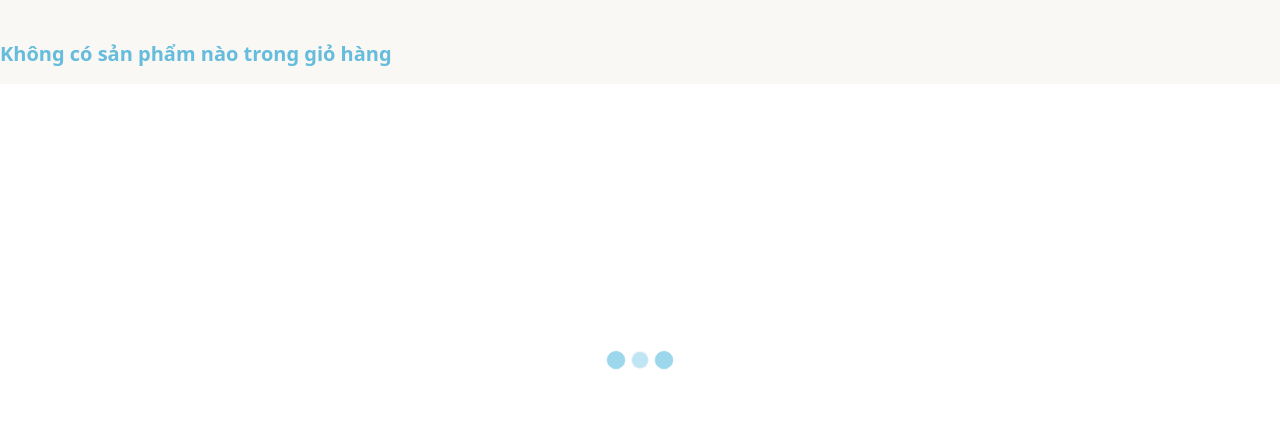
Repository: hungtuan/react-hook-shop
Page: /
These files come from the project's save history. The page is drawn as it stood at one moment and after the next save; the edit follows.
The browser window is 1280 px wide. The pictures show the whole page.
The page's requests for data from a server got no answer. The project was rebuilt for these pictures with package versions that can differ from the ones it lists, and the page was loaded fresh each time. No one was signed in, and anything a server would have sent is missing. Also part of the build but not shown: vite.config.js, src/components/Button/Button.jsx, src/components/ShoppingCard/CardItem.jsx, src/components/ShoppingCart/action.js, src/components/ShoppingCart/CartItem.jsx.

Above is the page before, as saved 2023-11-19 00:11:53.

### index.html
<!DOCTYPE html>
<html lang="en">
    <head>
        <meta charset="UTF-8" />
        <link rel="icon" type="image/svg+xml" href="/vite.svg" />
        <meta name="viewport" content="width=device-width, initial-scale=1.0" />
        <title>Vite + React</title>
        <link rel="stylesheet" href="./style.css" />
    </head>
    <body>
        <div id="root"></div>
        <script type="module" src="/src/main.jsx"></script>
    </body>
</html>

### style.css
/*
! tailwindcss v3.3.5 | MIT License | https://tailwindcss.com
*/

/*
1. Prevent padding and border from affecting element width. (https://github.com/mozdevs/cssremedy/issues/4)
2. Allow adding a border to an element by just adding a border-width. (https://github.com/tailwindcss/tailwindcss/pull/116)
*/

*,
::before,
::after {
  box-sizing: border-box;
  /* 1 */
  border-width: 0;
  /* 2 */
  border-style: solid;
  /* 2 */
  border-color: #e5e7eb;
  /* 2 */
}

::before,
::after {
  --tw-content: '';
}

/*
1. Use a consistent sensible line-height in all browsers.
2. Prevent adjustments of font size after orientation changes in iOS.
3. Use a more readable tab size.
4. Use the user's configured `sans` font-family by default.
5. Use the user's configured `sans` font-feature-settings by default.
6. Use the user's configured `sans` font-variation-settings by default.
*/

html {
  line-height: 1.5;
  /* 1 */
  -webkit-text-size-adjust: 100%;
  /* 2 */
  -moz-tab-size: 4;
  /* 3 */
  -o-tab-size: 4;
     tab-size: 4;
  /* 3 */
  font-family: ui-sans-serif, system-ui, -apple-system, BlinkMacSystemFont, "Segoe UI", Roboto, "Helvetica Neue", Arial, "Noto Sans", sans-serif, "Apple Color Emoji", "Segoe UI Emoji", "Segoe UI Symbol", "Noto Color Emoji";
  /* 4 */
  font-feature-settings: normal;
  /* 5 */
  font-variation-settings: normal;
  /* 6 */
}

/*
1. Remove the margin in all browsers.
2. Inherit line-height from `html` so users can set them as a class directly on the `html` element.
*/

body {
  margin: 0;
  /* 1 */
  line-height: inherit;
  /* 2 */
}

/*
1. Add the correct height in Firefox.
2. Correct the inheritance of border color in Firefox. (https://bugzilla.mozilla.org/show_bug.cgi?id=190655)
3. Ensure horizontal rules are visible by default.
*/

hr {
  height: 0;
  /* 1 */
  color: inherit;
  /* 2 */
  border-top-width: 1px;
  /* 3 */
}

/*
Add the correct text decoration in Chrome, Edge, and Safari.
*/

abbr:where([title]) {
  -webkit-text-decoration: underline dotted;
          text-decoration: underline dotted;
}

/*
Remove the default font size and weight for headings.
*/

h1,
h2,
h3,
h4,
h5,
h6 {
  font-size: inherit;
  font-weight: inherit;
}

/*
Reset links to optimize for opt-in styling instead of opt-out.
*/

a {
  color: inherit;
  text-decoration: inherit;
}

/*
Add the correct font weight in Edge and Safari.
*/

b,
strong {
  font-weight: bolder;
}

/*
1. Use the user's configured `mono` font family by default.
2. Correct the odd `em` font sizing in all browsers.
*/

code,
kbd,
samp,
pre {
  font-family: ui-monospace, SFMono-Regular, Menlo, Monaco, Consolas, "Liberation Mono", "Courier New", monospace;
  /* 1 */
  font-size: 1em;
  /* 2 */
}

/*
Add the correct font size in all browsers.
*/

small {
  font-size: 80%;
}

/*
Prevent `sub` and `sup` elements from affecting the line height in all browsers.
*/

sub,
sup {
  font-size: 75%;
  line-height: 0;
  position: relative;
  vertical-align: baseline;
}

sub {
  bottom: -0.25em;
}

sup {
  top: -0.5em;
}

/*
1. Remove text indentation from table contents in Chrome and Safari. (https://bugs.chromium.org/p/chromium/issues/detail?id=999088, https://bugs.webkit.org/show_bug.cgi?id=201297)
2. Correct table border color inheritance in all Chrome and Safari. (https://bugs.chromium.org/p/chromium/issues/detail?id=935729, https://bugs.webkit.org/show_bug.cgi?id=195016)
3. Remove gaps between table borders by default.
*/

table {
  text-indent: 0;
  /* 1 */
  border-color: inherit;
  /* 2 */
  border-collapse: collapse;
  /* 3 */
}

/*
1. Change the font styles in all browsers.
2. Remove the margin in Firefox and Safari.
3. Remove default padding in all browsers.
*/

button,
input,
optgroup,
select,
textarea {
  font-family: inherit;
  /* 1 */
  font-feature-settings: inherit;
  /* 1 */
  font-variation-settings: inherit;
  /* 1 */
  font-size: 100%;
  /* 1 */
  font-weight: inherit;
  /* 1 */
  line-height: inherit;
  /* 1 */
  color: inherit;
  /* 1 */
  margin: 0;
  /* 2 */
  padding: 0;
  /* 3 */
}

/*
Remove the inheritance of text transform in Edge and Firefox.
*/

button,
select {
  text-transform: none;
}

/*
1. Correct the inability to style clickable types in iOS and Safari.
2. Remove default button styles.
*/

button,
[type='button'],
[type='reset'],
[type='submit'] {
  -webkit-appearance: button;
  /* 1 */
  background-color: transparent;
  /* 2 */
  background-image: none;
  /* 2 */
}

/*
Use the modern Firefox focus style for all focusable elements.
*/

:-moz-focusring {
  outline: auto;
}

/*
Remove the additional `:invalid` styles in Firefox. (https://github.com/mozilla/gecko-dev/blob/2f9eacd9d3d995c937b4251a5557d95d494c9be1/layout/style/res/forms.css#L728-L737)
*/

:-moz-ui-invalid {
  box-shadow: none;
}

/*
Add the correct vertical alignment in Chrome and Firefox.
*/

progress {
  vertical-align: baseline;
}

/*
Correct the cursor style of increment and decrement buttons in Safari.
*/

::-webkit-inner-spin-button,
::-webkit-outer-spin-button {
  height: auto;
}

/*
1. Correct the odd appearance in Chrome and Safari.
2. Correct the outline style in Safari.
*/

[type='search'] {
  -webkit-appearance: textfield;
  /* 1 */
  outline-offset: -2px;
  /* 2 */
}

/*
Remove the inner padding in Chrome and Safari on macOS.
*/

::-webkit-search-decoration {
  -webkit-appearance: none;
}

/*
1. Correct the inability to style clickable types in iOS and Safari.
2. Change font properties to `inherit` in Safari.
*/

::-webkit-file-upload-button {
  -webkit-appearance: button;
  /* 1 */
  font: inherit;
  /* 2 */
}

/*
Add the correct display in Chrome and Safari.
*/

summary {
  display: list-item;
}

/*
Removes the default spacing and border for appropriate elements.
*/

blockquote,
dl,
dd,
h1,
h2,
h3,
h4,
h5,
h6,
hr,
figure,
p,
pre {
  margin: 0;
}

fieldset {
  margin: 0;
  padding: 0;
}

legend {
  padding: 0;
}

ol,
ul,
menu {
  list-style: none;
  margin: 0;
  padding: 0;
}

/*
Reset default styling for dialogs.
*/

dialog {
  padding: 0;
}

/*
Prevent resizing textareas horizontally by default.
*/

textarea {
  resize: vertical;
}

/*
1. Reset the default placeholder opacity in Firefox. (https://github.com/tailwindlabs/tailwindcss/issues/3300)
2. Set the default placeholder color to the user's configured gray 400 color.
*/

input::-moz-placeholder, textarea::-moz-placeholder {
  opacity: 1;
  /* 1 */
  color: #9ca3af;
  /* 2 */
}

input::placeholder,
textarea::placeholder {
  opacity: 1;
  /* 1 */
  color: #9ca3af;
  /* 2 */
}

/*
Set the default cursor for buttons.
*/

button,
[role="button"] {
  cursor: pointer;
}

/*
Make sure disabled buttons don't get the pointer cursor.
*/

:disabled {
  cursor: default;
}

/*
1. Make replaced elements `display: block` by default. (https://github.com/mozdevs/cssremedy/issues/14)
2. Add `vertical-align: middle` to align replaced elements more sensibly by default. (https://github.com/jensimmons/cssremedy/issues/14#issuecomment-634934210)
   This can trigger a poorly considered lint error in some tools but is included by design.
*/

img,
svg,
video,
canvas,
audio,
iframe,
embed,
object {
  display: block;
  /* 1 */
  vertical-align: middle;
  /* 2 */
}

/*
Constrain images and videos to the parent width and preserve their intrinsic aspect ratio. (https://github.com/mozdevs/cssremedy/issues/14)
*/

img,
video {
  max-width: 100%;
  height: auto;
}

/* Make elements with the HTML hidden attribute stay hidden by default */

[hidden] {
  display: none;
}

*, ::before, ::after {
  --tw-border-spacing-x: 0;
  --tw-border-spacing-y: 0;
  --tw-translate-x: 0;
  --tw-translate-y: 0;
  --tw-rotate: 0;
  --tw-skew-x: 0;
  --tw-skew-y: 0;
  --tw-scale-x: 1;
  --tw-scale-y: 1;
  --tw-pan-x:  ;
  --tw-pan-y:  ;
  --tw-pinch-zoom:  ;
  --tw-scroll-snap-strictness: proximity;
  --tw-gradient-from-position:  ;
  --tw-gradient-via-position:  ;
  --tw-gradient-to-position:  ;
  --tw-ordinal:  ;
  --tw-slashed-zero:  ;
  --tw-numeric-figure:  ;
  --tw-numeric-spacing:  ;
  --tw-numeric-fraction:  ;
  --tw-ring-inset:  ;
  --tw-ring-offset-width: 0px;
  --tw-ring-offset-color: #fff;
  --tw-ring-color: rgb(59 130 246 / 0.5);
  --tw-ring-offset-shadow: 0 0 #0000;
  --tw-ring-shadow: 0 0 #0000;
  --tw-shadow: 0 0 #0000;
  --tw-shadow-colored: 0 0 #0000;
  --tw-blur:  ;
  --tw-brightness:  ;
  --tw-contrast:  ;
  --tw-grayscale:  ;
  --tw-hue-rotate:  ;
  --tw-invert:  ;
  --tw-saturate:  ;
  --tw-sepia:  ;
  --tw-drop-shadow:  ;
  --tw-backdrop-blur:  ;
  --tw-backdrop-brightness:  ;
  --tw-backdrop-contrast:  ;
  --tw-backdrop-grayscale:  ;
  --tw-backdrop-hue-rotate:  ;
  --tw-backdrop-invert:  ;
  --tw-backdrop-opacity:  ;
  --tw-backdrop-saturate:  ;
  --tw-backdrop-sepia:  ;
}

::backdrop {
  --tw-border-spacing-x: 0;
  --tw-border-spacing-y: 0;
  --tw-translate-x: 0;
  --tw-translate-y: 0;
  --tw-rotate: 0;
  --tw-skew-x: 0;
  --tw-skew-y: 0;
  --tw-scale-x: 1;
  --tw-scale-y: 1;
  --tw-pan-x:  ;
  --tw-pan-y:  ;
  --tw-pinch-zoom:  ;
  --tw-scroll-snap-strictness: proximity;
  --tw-gradient-from-position:  ;
  --tw-gradient-via-position:  ;
  --tw-gradient-to-position:  ;
  --tw-ordinal:  ;
  --tw-slashed-zero:  ;
  --tw-numeric-figure:  ;
  --tw-numeric-spacing:  ;
  --tw-numeric-fraction:  ;
  --tw-ring-inset:  ;
  --tw-ring-offset-width: 0px;
  --tw-ring-offset-color: #fff;
  --tw-ring-color: rgb(59 130 246 / 0.5);
  --tw-ring-offset-shadow: 0 0 #0000;
  --tw-ring-shadow: 0 0 #0000;
  --tw-shadow: 0 0 #0000;
  --tw-shadow-colored: 0 0 #0000;
  --tw-blur:  ;
  --tw-brightness:  ;
  --tw-contrast:  ;
  --tw-grayscale:  ;
  --tw-hue-rotate:  ;
  --tw-invert:  ;
  --tw-saturate:  ;
  --tw-sepia:  ;
  --tw-drop-shadow:  ;
  --tw-backdrop-blur:  ;
  --tw-backdrop-brightness:  ;
  --tw-backdrop-contrast:  ;
  --tw-backdrop-grayscale:  ;
  --tw-backdrop-hue-rotate:  ;
  --tw-backdrop-invert:  ;
  --tw-backdrop-opacity:  ;
  --tw-backdrop-saturate:  ;
  --tw-backdrop-sepia:  ;
}

.container {
  width: 100%;
}

@media (min-width: 640px) {
  .container {
    max-width: 640px;
  }
}

@media (min-width: 768px) {
  .container {
    max-width: 768px;
  }
}

@media (min-width: 1024px) {
  .container {
    max-width: 1024px;
  }
}

@media (min-width: 1280px) {
  .container {
    max-width: 1280px;
  }
}

@media (min-width: 1536px) {
  .container {
    max-width: 1536px;
  }
}

.fixed {
  position: fixed;
}

.m-auto {
  margin: auto;
}

.ml-2 {
  margin-left: 0.5rem;
}

.ml-3 {
  margin-left: 0.75rem;
}

.mr-3 {
  margin-right: 0.75rem;
}

.mt-2 {
  margin-top: 0.5rem;
}

.mt-7 {
  margin-top: 1.75rem;
}

.mt-20 {
  margin-top: 5rem;
}

.flex {
  display: flex;
}

.inline-flex {
  display: inline-flex;
}

.table {
  display: table;
}

.grid {
  display: grid;
}

.h-6 {
  height: 1.5rem;
}

.h-64 {
  height: 16rem;
}

.w-6 {
  width: 1.5rem;
}

.w-72 {
  width: 18rem;
}

.w-full {
  width: 100%;
}

.max-w-7xl {
  max-width: 80rem;
}

.table-auto {
  table-layout: auto;
}

.border-collapse {
  border-collapse: collapse;
}

.grid-cols-4 {
  grid-template-columns: repeat(4, minmax(0, 1fr));
}

.items-center {
  align-items: center;
}

.justify-center {
  justify-content: center;
}

.justify-between {
  justify-content: space-between;
}

.gap-4 {
  gap: 1rem;
}

.rounded-full {
  border-radius: 9999px;
}

.border {
  border-width: 1px;
}

.border-blue-700 {
  --tw-border-opacity: 1;
  border-color: rgb(29 78 216 / var(--tw-border-opacity));
}

.border-slate-500 {
  --tw-border-opacity: 1;
  border-color: rgb(100 116 139 / var(--tw-border-opacity));
}

.border-slate-700 {
  --tw-border-opacity: 1;
  border-color: rgb(51 65 85 / var(--tw-border-opacity));
}

.border-yellow-800 {
  --tw-border-opacity: 1;
  border-color: rgb(133 77 14 / var(--tw-border-opacity));
}

.object-cover {
  -o-object-fit: cover;
     object-fit: cover;
}

.px-0 {
  padding-left: 0px;
  padding-right: 0px;
}

.px-3 {
  padding-left: 0.75rem;
  padding-right: 0.75rem;
}

.py-0 {
  padding-top: 0px;
  padding-bottom: 0px;
}

.py-1 {
  padding-top: 0.25rem;
  padding-bottom: 0.25rem;
}

.py-2 {
  padding-top: 0.5rem;
  padding-bottom: 0.5rem;
}

.py-4 {
  padding-top: 1rem;
  padding-bottom: 1rem;
}

.pb-8 {
  padding-bottom: 2rem;
}

.pt-6 {
  padding-top: 1.5rem;
}

.text-justify {
  text-align: justify;
}

.text-2xl {
  font-size: 1.5rem;
  line-height: 2rem;
}

.text-lg {
  font-size: 1.125rem;
  line-height: 1.75rem;
}

.text-sm {
  font-size: 0.875rem;
  line-height: 1.25rem;
}

.text-xl {
  font-size: 1.25rem;
  line-height: 1.75rem;
}

.font-bold {
  font-weight: 700;
}

.italic {
  font-style: italic;
}

.text-\[\#beaeaa\] {
  --tw-text-opacity: 1;
  color: rgb(190 174 170 / var(--tw-text-opacity));
}

.text-amber-500 {
  --tw-text-opacity: 1;
  color: rgb(245 158 11 / var(--tw-text-opacity));
}

.text-gray-400 {
  --tw-text-opacity: 1;
  color: rgb(156 163 175 / var(--tw-text-opacity));
}

.text-green-600 {
  --tw-text-opacity: 1;
  color: rgb(22 163 74 / var(--tw-text-opacity));
}

.line-through {
  text-decoration-line: line-through;
}

.shadow-md {
  --tw-shadow: 0 4px 6px -1px rgb(0 0 0 / 0.1), 0 2px 4px -2px rgb(0 0 0 / 0.1);
  --tw-shadow-colored: 0 4px 6px -1px var(--tw-shadow-color), 0 2px 4px -2px var(--tw-shadow-color);
  box-shadow: var(--tw-ring-offset-shadow, 0 0 #0000), var(--tw-ring-shadow, 0 0 #0000), var(--tw-shadow);
}

.transition {
  transition-property: color, background-color, border-color, text-decoration-color, fill, stroke, opacity, box-shadow, transform, filter, -webkit-backdrop-filter;
  transition-property: color, background-color, border-color, text-decoration-color, fill, stroke, opacity, box-shadow, transform, filter, backdrop-filter;
  transition-property: color, background-color, border-color, text-decoration-color, fill, stroke, opacity, box-shadow, transform, filter, backdrop-filter, -webkit-backdrop-filter;
  transition-timing-function: cubic-bezier(0.4, 0, 0.2, 1);
  transition-duration: 150ms;
}

.ct-table-col {
  border-width: 1px;
  --tw-border-opacity: 1;
  border-color: rgb(51 65 85 / var(--tw-border-opacity));
  padding-left: 0.75rem;
}

.ct-btn-primary {
  --tw-border-opacity: 1;
  border-color: rgb(74 222 128 / var(--tw-border-opacity));
}

.hover\:bg-yellow-800:hover {
  --tw-bg-opacity: 1;
  background-color: rgb(133 77 14 / var(--tw-bg-opacity));
}

.hover\:bg-green-400:hover {
  --tw-bg-opacity: 1;
  background-color: rgb(74 222 128 / var(--tw-bg-opacity));
}

.hover\:text-white:hover {
  --tw-text-opacity: 1;
  color: rgb(255 255 255 / var(--tw-text-opacity));
}

### src/main.jsx
import React from "react";
import ReactDOM from "react-dom/client";
import App from "./App.jsx";
import "./index.css";
import Provider from "./store/Provider.jsx";
ReactDOM.createRoot(document.getElementById("root")).render(
    // <React.StrictMode>
    <Provider>
        <App />
    </Provider>
    //</React.StrictMode>
);

### src/App.jsx
import React from "react";
import CardList from "./components/ShoppingCard/CardList";
import { ToastContainer } from "react-toastify";
import "react-toastify/dist/ReactToastify.css";
import CartList from "./components/ShoppingCart/CartList";
import Loading from "./components/Loading/Loading";
export default function App() {
  return (
    <>
      <Loading />
      <ToastContainer
        position="top-right"
        autoClose={3000}
        hideProgressBar={false}
        newestOnTop={false}
        closeOnClick
        rtl={false}
        pauseOnFocusLoss
        draggable
        pauseOnHover
        theme="light"
      />
      <div className="container m-auto max-w-7xl pt-6 bg-[#F9F8F4]">
        <CardList />
        <CartList />
      </div>
    </>
  );
}

### src/index.css
@tailwind base;
@tailwind components;
@tailwind utilities;

.ct-table-col {
    @apply border border-slate-700 pl-3;
}

.ct-btn-primary {
    @apply border-green-400;
}

### src/store/Provider.jsx
import { useReducer } from "react";
import Context from "./Context";
import reducer, { initState } from "./Reducer";
function Provider({ children }) {
    const [state, dispatch] = useReducer(reducer, initState);
    return (
        <Context.Provider value={[state, dispatch]}>
            {children}
        </Context.Provider>
    );
}

export default Provider;

### src/components/ShoppingCard/CardList.jsx
import React, { useEffect, useContext } from "react";
import CardItem from "./CardItem";
import getProductList from "./getProductList";
import validateUser from "../../assets/js/validateUser";
import Context from "../../store/Context";

export default function CardList() {
  const [state, dispatch] = useContext(Context);

  const { products } = state;

  const getProduct = async () => {
    try {
      await dispatch({
        type: "loading/switch",
      });

      const data = await getProductList();

      await dispatch({
        type: "products/updateProducts",
        payload: data.listProduct,
      });

      await validateUser();

      dispatch({
        type: "loading/switch",
      });
    } catch (error) {
      console.error("Error fetching product data:", error);
    }
  };

  useEffect(() => {
    getProduct();
  }, []);

  return (
    <div className="card-list grid grid-cols-4 gap-4">
      {products.map((product) => (
        <CardItem
          key={product._id}
          id={product._id}
          productName={product.name}
          productPrice={product.price}
          productImg={product.image}
          productQuantity={product.quantity}
        />
      ))}
    </div>
  );
}

### src/components/ShoppingCart/CartList.jsx
import React, { useContext } from "react";
import CartItem from "./CartItem";
import Button from "../Button/Button";
import Context from "../../store/Context";
import payment from "./payment";
import calculateTotal from "./calculateTotal";
export default function CartList() {
  const [state, dispatch] = useContext(Context);
  const { productsCart } = state;
  const { totalPrice, totalQuantity } = calculateTotal(productsCart);
  return productsCart.length ? (
    <div className="cart-list pb-8">
      <table className="table-auto w-full border-collapse border border-slate-500 mt-7">
        <thead>
          <tr>
            <th className="border border-slate-700">Tên sản phẩm</th>
            <th className="border border-slate-700">Số lượng</th>
            <th className="border border-slate-700">Số lượng còn lại</th>
            <th className="border border-slate-700">Tổng tiền</th>
            <th className="border border-slate-700">Hành động</th>
          </tr>
        </thead>
        <tbody>
          {productsCart.map((productCart) => {
            return (
              <CartItem
                key={productCart.id}
                id={productCart.id}
                name={productCart.name}
                quantity={productCart.quantity}
                price={productCart.price}
              />
            );
          })}
          <tr>
            <td className="text-lg font-bold ct-table-col">Thành tiền</td>
            <td className="ct-table-col">{totalQuantity}</td>
            <td></td>
            <td className="ct-table-col">{totalPrice}</td>
            <td className="ct-table-col">
              <Button
                classStyle="ct-btn-primary hover:bg-green-400"
                onClick={async () => {
                  await dispatch({
                    type: "loading/switch",
                  });
                  const data = await payment(state);
                  dispatch({
                    type: "loading/switch",
                  });
                  if (data) {
                    dispatch({
                      type: "product/makeEmpty",
                    });
                    for (var i = 0; i < state.productsCart.length; i++) {
                      state.productsCart[i].setProduct({
                        quantity: 0,
                        price: 0,
                      });
                    }
                  }
                }}
              >
                Thanh toán
              </Button>
            </td>
          </tr>
        </tbody>
      </table>
    </div>
  ) : (
    <h3 className="font-bold text-xl text-[#65BCDC] py-4">
      Không có sản phẩm nào trong giỏ hàng
    </h3>
  );
}

### src/components/Loading/Loading.jsx
import React, { useContext, CSSProperties } from "react";
import Context from "../../store/Context";
import BeatLoader from "react-spinners/BeatLoader";
export default function Loading() {
  const [state] = useContext(Context);
  const { loading } = state;
  return (
    <BeatLoader
      color="#77C8E4"
      loading={loading}
      cssOverride={{
        position: "fixed",
        inset: 0,
        zIndex: 9999,
        display: "flex",
        alignItems: "center",
        justifyContent: "center",
      }}
      size={20}
      aria-label="Loading Spinner"
      data-testid="loader"
    />
  );
}

### src/store/Context.jsx
import { createContext } from "react";
const Context = createContext();
export default Context;

### src/store/Reducer.jsx
import {
    impactProduct,
    filterLatestProducts,
} from "../components/ShoppingCart/payment";

const initState = {
    products: [],
    productsCart: [],
    loading: false,
};

function reducer(state, action) {
    switch (action.type) {
        case "products/updateProducts":
            return { ...state, products: action.payload };
        case "products/addCart":
            const products = filterLatestProducts([
                ...state.productsCart,
                action.payload,
            ]);
            return {
                ...state,
                productsCart: products,
            };
        case "product/makeEmpty":
            return {
                ...state,
                productsCart: [],
            };
        case "loading/switch":
            return {
                ...state,
                loading: !state.loading,
            };
        case "cart/decrease":
            return {
                ...state,
                productsCart: impactProduct(
                    state.productsCart,
                    action.payload,
                    "decrease",
                    state
                ),
            };
        case "cart/increase":
            return {
                ...state,
                productsCart: impactProduct(
                    state.productsCart,
                    action.payload,
                    "increase",
                    state
                ),
            };
        case "cart/remove":
            return {
                ...state,
                productsCart: impactProduct(
                    state.productsCart,
                    action.payload,
                    "remove",
                    state
                ),
            };
    }
}

export { initState };
export default reducer;

### src/components/ShoppingCard/getProductList.js
import { handleLogic } from "../../assets/js/script";

export default async function getProductList() {
  const { data } = await handleLogic.getListProduct({ limit: 8 });
  return data;
}

### src/components/ShoppingCart/calculateTotal.js
const calculateTotal = (productsCart) => {
    if (productsCart.length === 0) {
        return { totalPrice: 0, totalQuantity: 0 };
    }
    const totalPrice = productsCart.reduce((acc, curr) => {
        return acc + curr.price;
    }, 0);
    const totalQuantity = productsCart.reduce((acc, curr) => {
        return acc + curr.quantity;
    }, 0);
    return { totalPrice, totalQuantity };
};
export default calculateTotal;

### src/assets/js/script.js
import { client } from "./client.js";

export const handleLogic = {
    getAPIKey: async function (query = {}) {
        const queryString = new URLSearchParams(query).toString();
        const { data } = await client.get(`/api-key?${queryString}`);
        if (data.status_code === "SUCCESS") {
            const apiKey = data.data.apiKey;
            localStorage.setItem("apiKey", apiKey);
        }
        return data;
    },

    getProfile: async function () {
        const apiKey = localStorage.getItem("apiKey");
        const { data } = await client.get(`/users/profile`, apiKey);
        return data;
    },

    getListProduct: async function (query = {}) {
        const queryString = new URLSearchParams(query).toString();
        const { data } = await client.get(`/products?${queryString}`);
        return data;
    },

    postPayment: async function (body) {
        const apiKey = localStorage.getItem("apiKey");
        const { data } = await client.post(`/orders`, body, apiKey);
        return data;
    },
};

### src/assets/js/config.js
export const config = {
    SERVER_API: "https://api-exercise-sopi.vercel.app/api/v1",
};

Loaded but not shown: tailwind.config.js (common file); src/components/ShoppingCart/payment.js (98 lines, source omitted); src/assets/js/validateUser.js (60 lines, source omitted); src/assets/js/client.js (47 lines, source omitted)

After the next save:
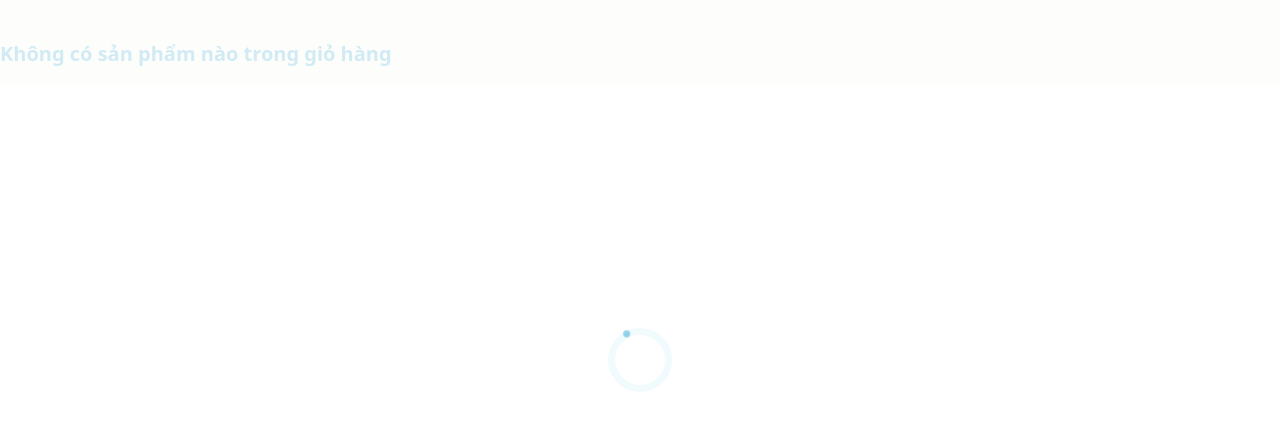
Saved 2 min 58 s later.
--- a/src/components/Loading/Loading.jsx
+++ b/src/components/Loading/Loading.jsx
@@ -1,24 +1,26 @@
-import React, { useContext, CSSProperties } from "react";
+import React, { useContext } from "react";
 import Context from "../../store/Context";
-import BeatLoader from "react-spinners/BeatLoader";
-export default function Loading() {
+import MoonLoader from "react-spinners/MoonLoader";
+
+const Loading = () => {
   const [state] = useContext(Context);
   const { loading } = state;
+
   return (
-    <BeatLoader
-      color="#77C8E4"
-      loading={loading}
-      cssOverride={{
+    <div
+      style={{
+        display: loading ? "flex" : "none",
         position: "fixed",
         inset: 0,
+        backgroundColor: "rgba(255, 255, 255, 0.7)", // Adjust the background color and opacity
         zIndex: 9999,
-        display: "flex",
         alignItems: "center",
         justifyContent: "center",
       }}
-      size={20}
-      aria-label="Loading Spinner"
-      data-testid="loader"
-    />
+    >
+      <MoonLoader color="#77C8E4" loading={loading} size={50} />
+    </div>
   );
-}
+};
+
+export default Loading;
